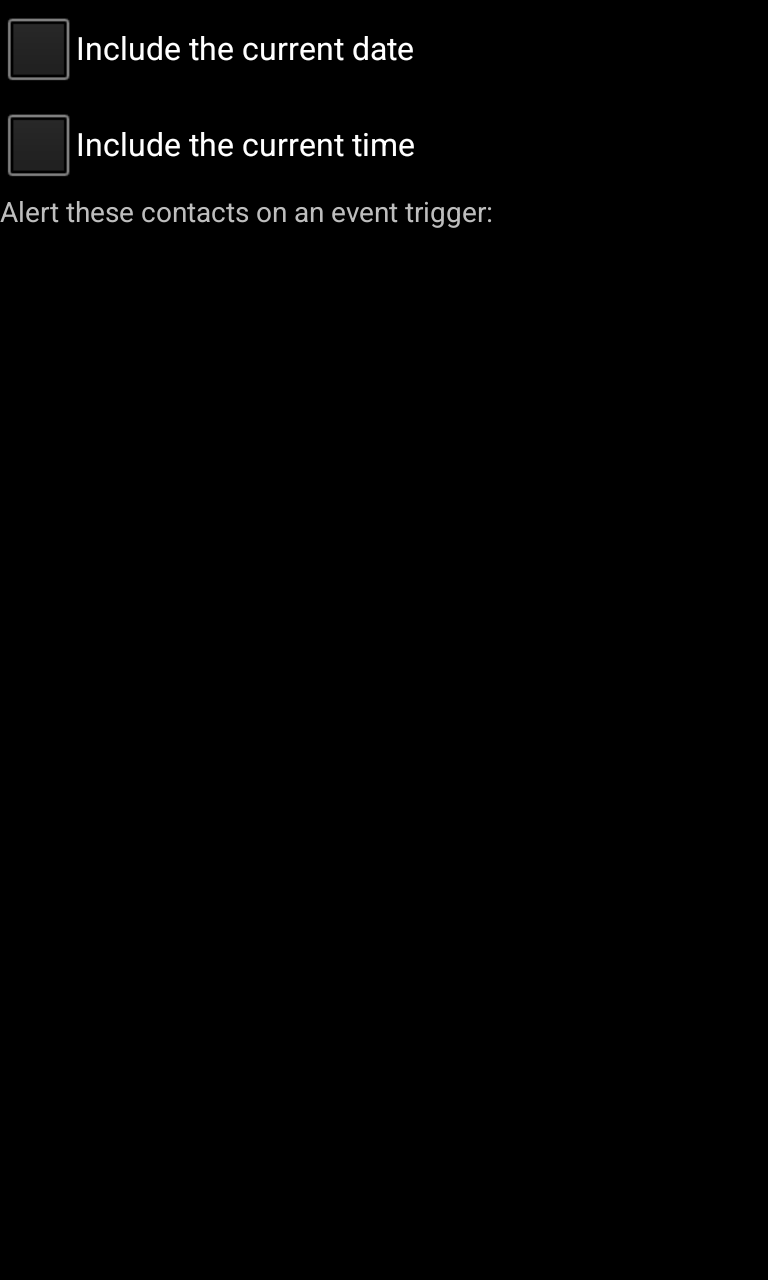
Repository: RaabsIn513/eclipse_workspace
Layout: SAS_revA/res/layout/main_sms_settings.xml
These files come from the project's save history. The layout is drawn as it stood at one moment and after the next save; the edit follows.
It is drawn on a 768 x 1280 px phone screen (xhdpi) without system bars, with theme android:Theme; the app's code is not run. Lists and similar views that code fills are empty.

Above is the layout before, as saved 2012-02-19 21:08:32.

After the next save:
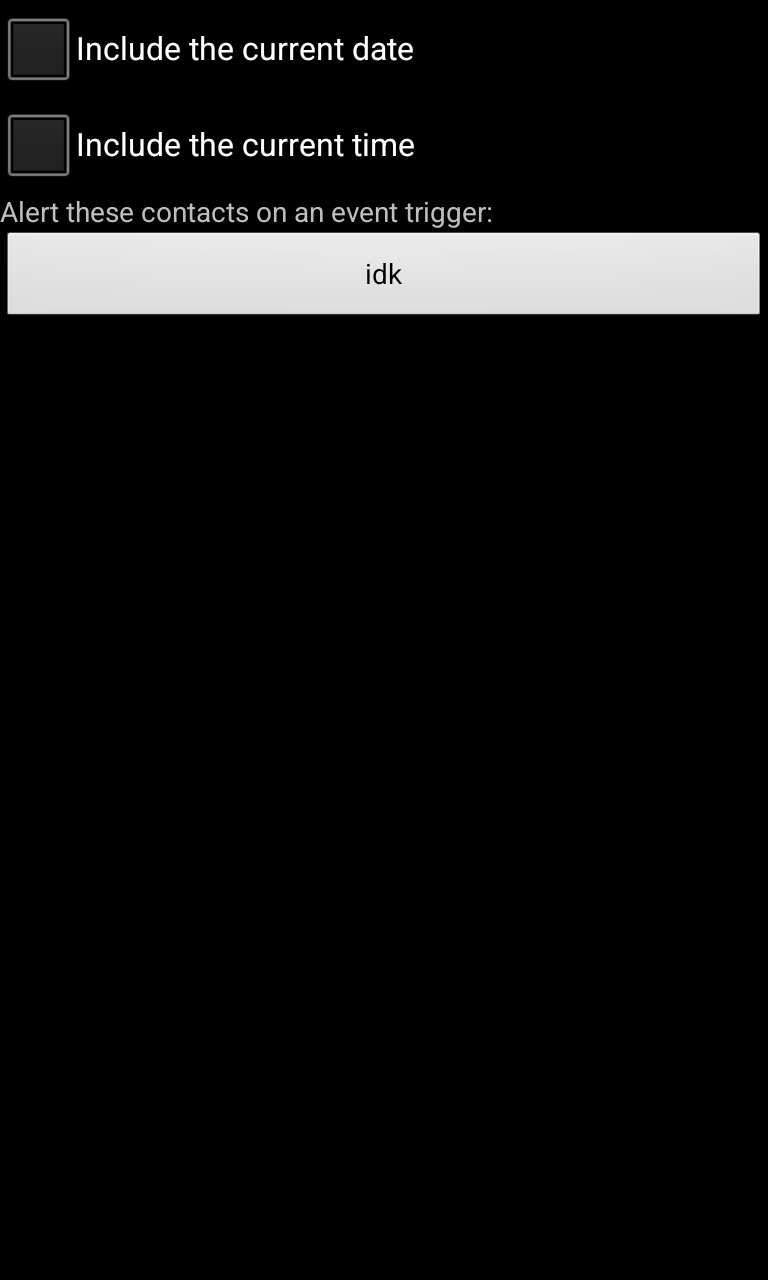
Saved 2 min 43 s later.
--- a/SAS_revA/res/layout/main_sms_settings.xml
+++ b/SAS_revA/res/layout/main_sms_settings.xml
@@ -19,6 +19,12 @@
         android:layout_height="wrap_content"
         android:text="Alert these contacts on an event trigger:" />
 
+	<Button
+	    android:layout_width="fill_parent"
+	    android:layout_height="wrap_content"
+	    android:text="idk">
+
+	</Button>
 
 	<ListView
 	    android:id="@+id/listNumbers"
